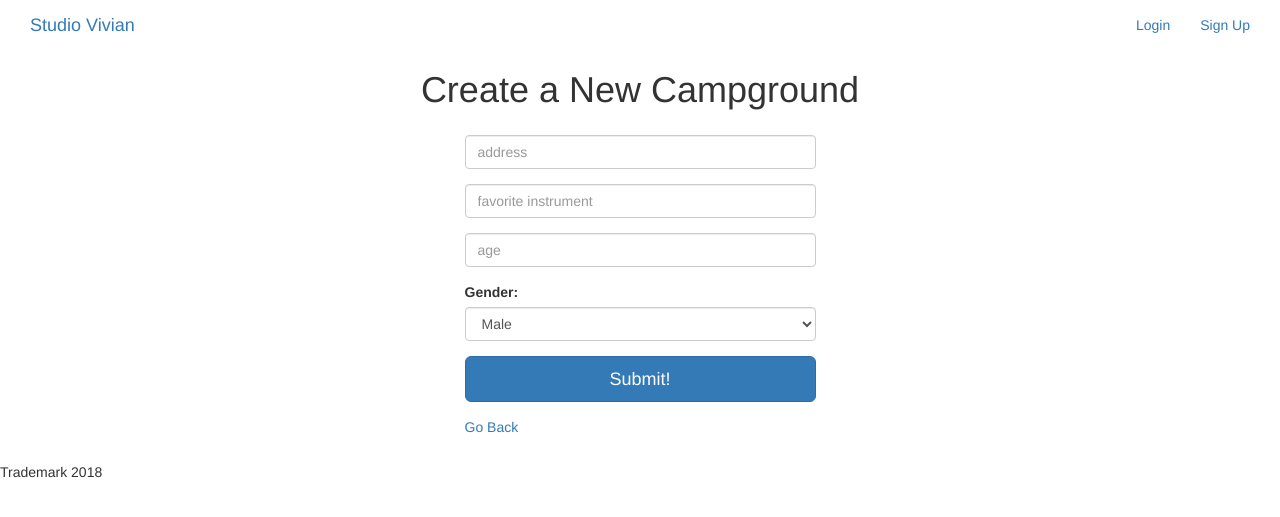
Repository: JamesShen03/ERP
Page: v1/views/infoquery.ejs
The author's editor kept a record of every edit. The page is drawn from the files as they stood at one moment, then again after the next edit.
The browser window is 1280 px wide. The pictures show the whole page.
The page is served by the project's Node server (v1/app.js). The template is opened directly, without the code that normally fills it, so the values that code supplies are empty.

Above is the page before.

After the next edit:
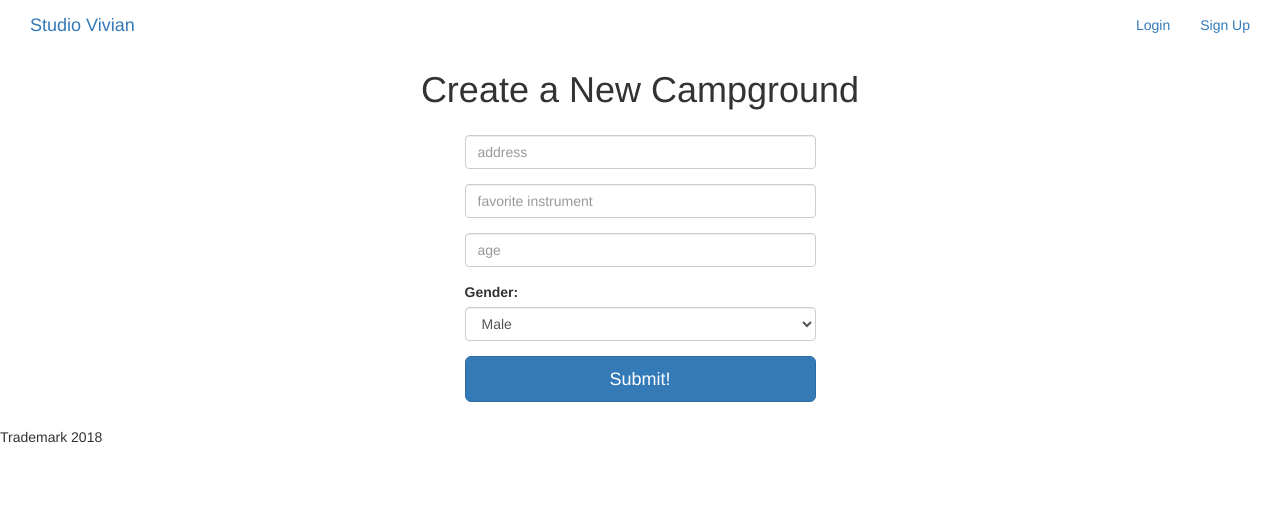
The edit:
--- a/v1/views/infoquery.ejs
+++ b/v1/views/infoquery.ejs
@@ -27,7 +27,6 @@
                     <button class="btn btn-lg btn-primary btn-block">Submit!</button>
                 </div>
             </form>
-            <a href="/main">Go Back</a>
         </div>
     </div>
 </div>
